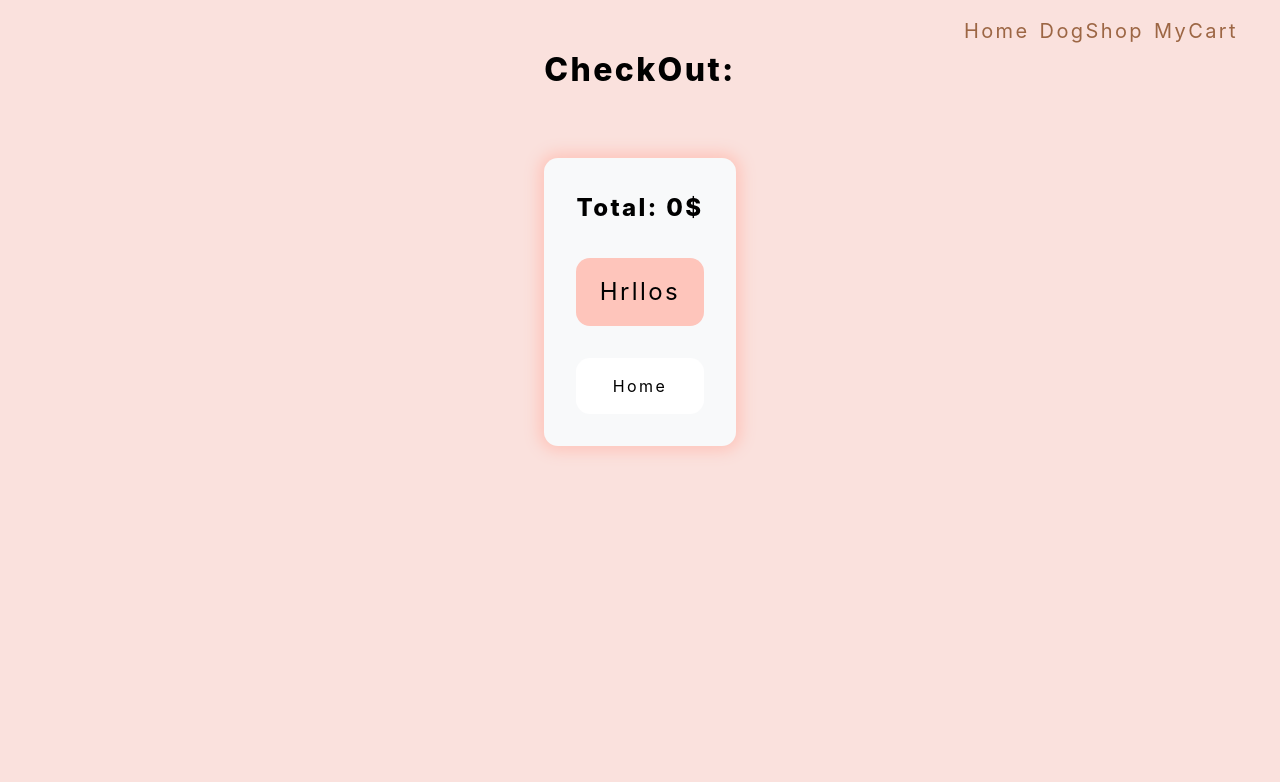
Repository: hoangbayern/dog_shop
Page: /cart (app in frontend/)
The author's editor kept a copy of each file at every save. The page is drawn from the files as they stood at one save, then again after the next save.
The browser window is 1280 px wide. The pictures show the whole page.
The page's requests for data from a server got no answer. The project was rebuilt for these pictures with package versions that can differ from the ones it lists, and the page was loaded fresh each time. No one was signed in, and anything a server would have sent is missing. Also part of the build but not shown: frontend/src/components/Home/Home.jsx, frontend/src/components/Dogs/dogs.css, frontend/src/components/Dogs/DogsCart.jsx, frontend/src/components/Dogs/DogPage.jsx.

Above is the page before, as saved 2023-08-04 00:33:50.

### frontend/src/App.js
import "./App.css";
import { BrowserRouter, Routes, Route } from "react-router-dom";
import { Home } from "./components/Home/Home";
import { DogPage } from "./components/Dogs/DogPage";
import { MyCart } from "./components/Cart/MyCart";
import { Navbar } from "./components/Navbar/Navbar";
import { useEffect, useState } from "react";
import axios from "axios";
import { CartContext } from "./components/Contexts/CartContext";

function App() {
  const [allDogs, setAllDogs] = useState([]);
  const [myCart, addCart] = useState([]);
  const [total, setTotal] = useState(0);

  useEffect(() => {
    async function getUser() {
      try {
        const response = await axios.get("http://localhost:8080/v1/dogs");
        console.log(response);
        setAllDogs(response.data);
      } catch (error) {
        console.error(error);
      }
    }
    getUser();
  }, []);
  return (
    <>
      <CartContext.Provider value={{myCart, addCart, total, setTotal}}>
        <BrowserRouter>
          <Navbar />
          <div className="page-container">
            <Routes>
              <Route>
                <Route path="/" element={<Home />} />
                <Route path="/dogs" element={<DogPage allDogs={allDogs} />} />
                <Route path="/cart" element={<MyCart />} />
              </Route>
            </Routes>
          </div>
        </BrowserRouter>
      </CartContext.Provider>
    </>
  );
}

export default App;

### frontend/src/App.css
*,
*::before,
*::after {

  box-sizing: border-box;
  padding:0;
  margin: 0;
}

body {
  background-color: #fae1dd;
  min-height: 100vh;
  scroll-behavior: smooth;
  text-rendering: optimizeSpeed;
  line-height: 1.5;
  padding:1rem 2rem 1rem 2rem;
  font-size:1.25rem;
  letter-spacing: 0.15rem;
  font-family: 'Inter', sans-serif;
}

.page-container{
  display:flex;
  justify-content:center;
  height: 100vh;
}

### frontend/src/components/Cart/MyCart.jsx
import React, { useContext } from "react";
import { CartContext } from "../Contexts/CartContext";
import "./cart.css";

export const MyCart = () => {
  const { myCart } = useContext(CartContext);
  const { total } = useContext(CartContext);
  return (
    <>
      <section className="cart-container">
        <div className="cart-header">CheckOut:</div>
        <div className="cart-items">
          {myCart.map((item) => {
            return (
              <div className="cart-items">
                <img src={item.image} className="cart-item-img" alt="" />
                <span>{item.name}: {item.price}$</span>
              </div>
            );
          })}
          <div className="cart-total"> Total: {total}$ </div>
          <div className="cart-checkout">Hrllos</div>
        <div className="cart-gohome">Home</div>
        </div>
      </section>
    </>
  );
};

### frontend/src/components/Navbar/Navbar.jsx
import React from 'react'
import { Link } from 'react-router-dom'
import "./narbar.css";

export const Navbar = () => {
  return (
    <>
        <div className='navbar'>
            <Link to='/'> Home </Link>
            <Link to='/dogs'> DogShop </Link>
            <Link to='/cart'> MyCart </Link>
        </div>
    </>
  )
}

### frontend/src/components/Contexts/CartContext.js
import { createContext } from "react";

export const CartContext = createContext([{}]);

### frontend/src/components/Cart/cart.css
.cart-container {
    display: flex;
    flex-direction: column;
    align-items: center;
  }
  .cart-items {
    text-align: center;
    margin-top: 4rem;
    background-color: #f8f9fa;
    box-shadow: 0px 0px 15px 5px #fec5bb;
    border-radius: 14px;
    font-size: 1.5rem;
    padding: 2rem;
  }
  .cart-item {
    display: flex;
    align-items: center;
    margin-bottom: 3rem;
  }
  .cart-header {
    font-size: 2rem;
    font-weight: 800;
  }
  .cart-item-img {
    border-radius: 50%;
    object-fit: cover;
    width: 70px;
    height: 70px;
    margin: 0rem 2rem 0 0;
  }

  .cart-total {
    font-weight: 800;
  }
  .cart-checkout {
    border: none;
    background-color: #fec5bb;
    border-radius: 14px;
    padding: 1rem;
    margin-top: 2rem;
    cursor: pointer;
    font-size: 1.5rem;
    transition:200ms ease-in-out;
  }
  .cart-checkout:hover, .cart-gohome:hover{
    background-color: #ff8fa3;
  }

  .cart-gohome {
    border: none;
    background-color: white;
    border-radius: 14px;
    padding: 1rem;
    margin-top: 2rem;
    cursor: pointer;
    font-size: 1rem;
    transition:200ms ease-in-out;
  }

### frontend/src/components/Navbar/narbar.css
.navbar {
    display: flex;
    justify-content: end;
    flex-direction: row;
}
.navbar > * {
    padding-right: 10px;
    text-decoration: none;
    color: #9c6644;
}
.navbar > *:hover {
    color: #e76f51;
}

Loaded but not shown: frontend/src/index.js (common file)

After the next save:
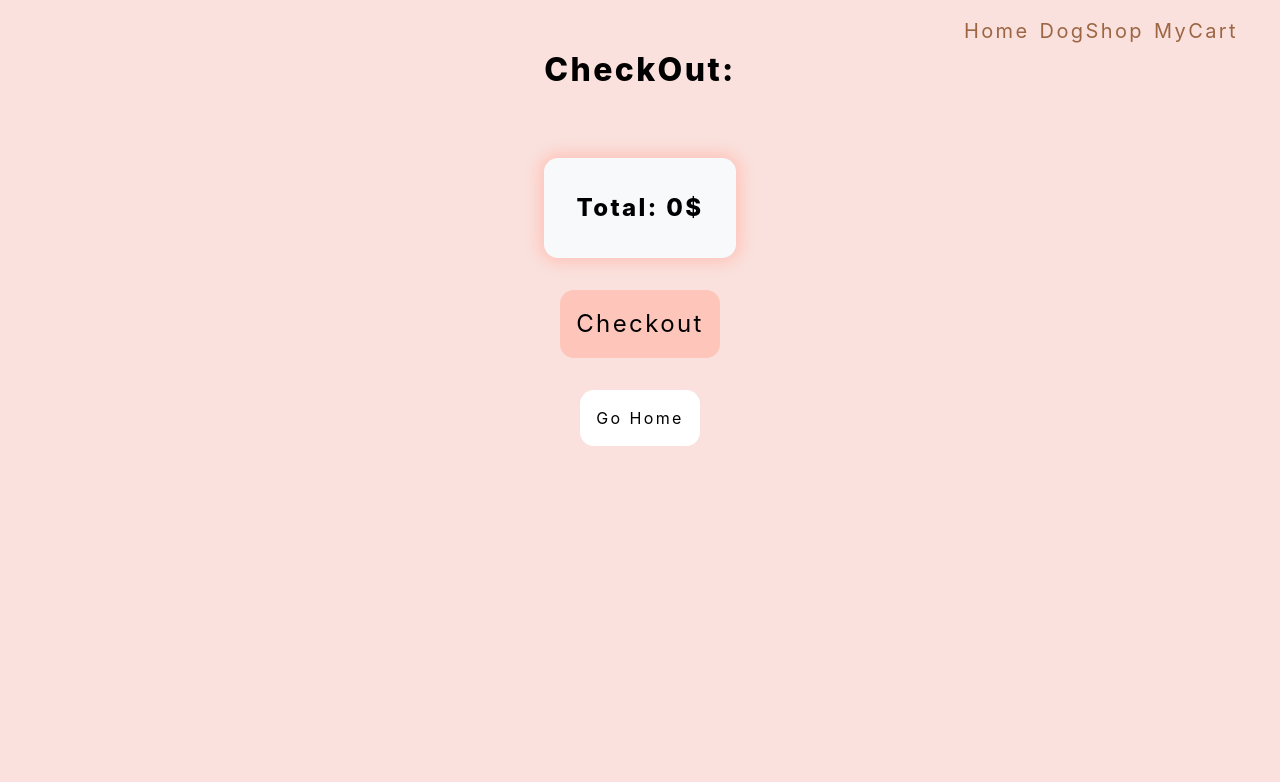
Saved 34 s later.
--- a/frontend/src/components/Cart/MyCart.jsx
+++ b/frontend/src/components/Cart/MyCart.jsx
@@ -19,9 +19,9 @@ export const MyCart = () => {
             );
           })}
           <div className="cart-total"> Total: {total}$ </div>
-          <div className="cart-checkout">Hrllos</div>
-        <div className="cart-gohome">Home</div>
         </div>
+        <div className="cart-checkout">Checkout</div>
+        <div className="cart-gohome">Go Home</div>
       </section>
     </>
   );
